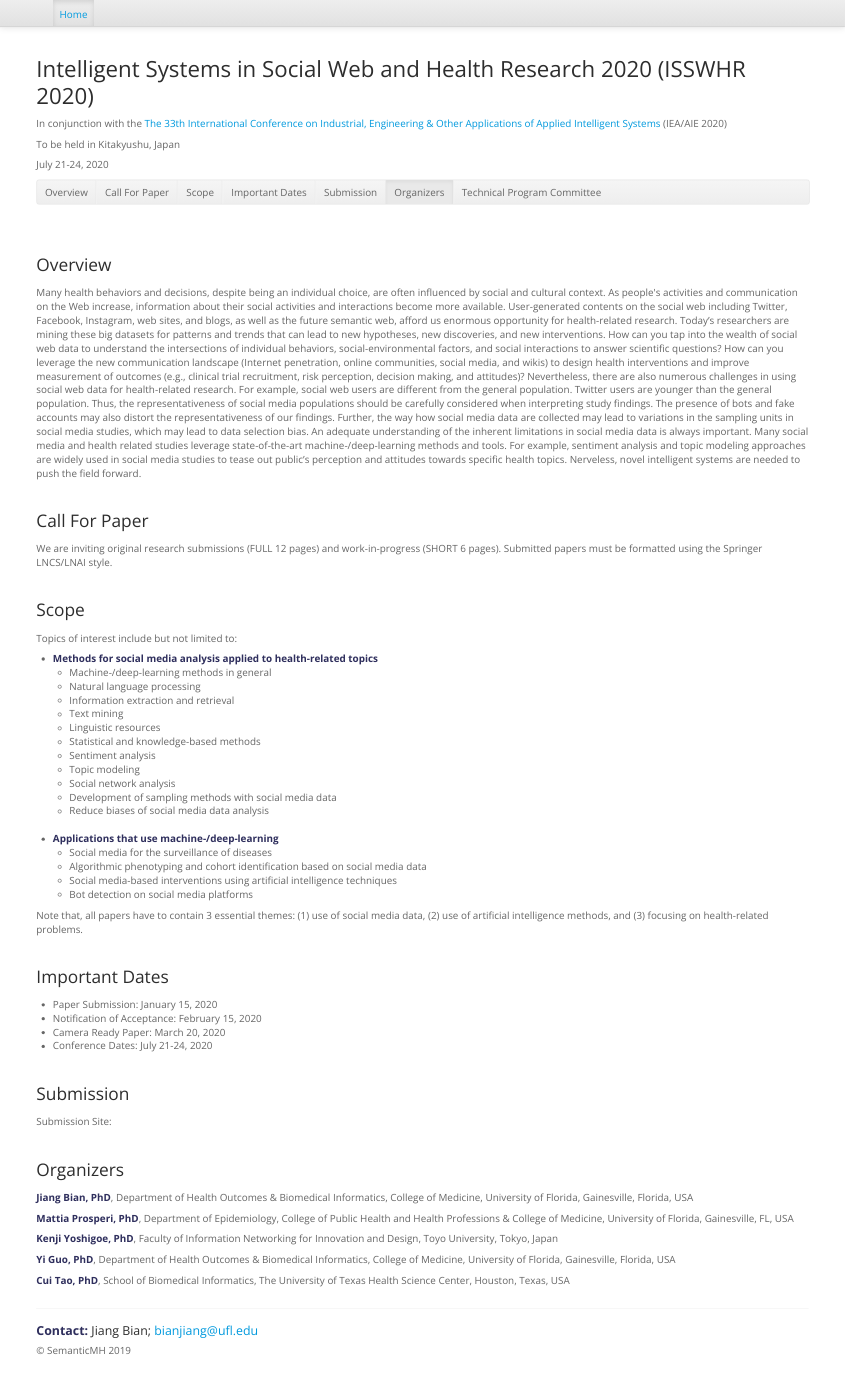
Repository: bianjiang/semantics-powered.org
Page: ISSWHR-2020/index.html
These files come from the project's save history. The page is drawn as it stood at one moment and after the next save; the edit follows.
The browser window is 1280 px wide. The pictures show the whole page, at 66% of full size.
Some web libraries are served in a nearby version.

Above is the page before, as saved 2019-10-26 17:28:15.
Console error (its wording comes from the project's code and is left out).

### ISSWHR-2020/index.html
<!DOCTYPE html>
<!--[if lt IE 7]>      <html class="no-js lt-ie9 lt-ie8 lt-ie7"> <![endif]-->
<!--[if IE 7]>         <html class="no-js lt-ie9 lt-ie8"> <![endif]-->
<!--[if IE 8]>         <html class="no-js lt-ie9"> <![endif]-->
<!--[if gt IE 8]><!-->
<html class="no-js">
<!--<![endif]-->

<head>
  <meta charset="utf-8">
  <meta http-equiv="X-UA-Compatible" content="IE=edge,chrome=1">
  <title></title>
  <meta name="description" content="">
  <meta name="viewport" content="width=device-width">

  <link rel="stylesheet" href="css/bootstrap.min.css">
  <style>
    body {
      padding-top: 60px;
      padding-bottom: 40px;
    }
  </style>
  <link rel="stylesheet" href="css/bootstrap-responsive.min.css">
  <link rel="stylesheet" href="css/main.css">

  <script src="js/vendor/modernizr-2.6.2-respond-1.1.0.min.js"></script>
</head>

<body class="preview" id="top" data-spy="scroll" data-target=".subnav" data-offset="80">
  <!--[if lt IE 7]>
            <p class="chromeframe">You are using an <strong>outdated</strong> browser. Please <a href="http://browsehappy.com/">upgrade your browser</a> or <a href="http://www.google.com/chromeframe/?redirect=true">activate Google Chrome Frame</a> to improve your experience.</p>
        <![endif]-->

  <!-- This code is taken from http://twitter.github.com/bootstrap/examples/hero.html -->

  <div class="navbar navbar-fixed-top">
    <div class="navbar-inner">
      <div class="container">

        <a class="btn btn-navbar" data-toggle="collapse" data-target=".nav-collapse">
                        <span class="icon-bar"></span>
                        <span class="icon-bar"></span>
                        <span class="icon-bar"></span>
                    </a>
        <a class="brand" href="#">&nbsp;</a>
        <div class="nav-collapse collapse">
          <ul class="nav">
            <li class="active"><a href="#">Home</a></li>
            <!--
                            <li><a href="#aboutxx">About</a></li>
                            <li><a href="#contact">Contact</a></li>
                            -->
          </ul>
        </div>

      </div>

    </div>
  </div>

  <div class="container">

    <!-- Main hero unit for a primary marketing message or call to action -->
    <!--
            <div class="hero-unit">
                <h1>Hello, world!</h1>
                <p>This is a template for a simple marketing or informational website. It includes a large callout called the hero unit and three supporting pieces of content. Use it as a starting point to create something more unique.</p>
                <p><a class="btn btn-primary btn-large">Learn more &raquo;</a></p>
            </div>
            -->
    <!-- Masthead
================================================== -->
    <header class="jumbotron subhead" id="overview">
      <div class="row">
        <div class="span12">
          <br/>
          <h2>Intelligent Systems in Social Web and Health Research 2020 (ISSWHR 2020)</h2>
          <p>In conjunction with the <a href="https://jsasaki3.wixsite.com/ieaaie2020" target="_blank">The 33th International Conference on Industrial, Engineering & Other Applications of Applied Intelligent Systems</a> (IEA/AIE 2020)</p>
          <p>To be held in Kitakyushu, Japan</p>
          <p>July 21-24, 2020</p>
        </div>
        <div class="span6">
          <!--
      <div class="bsa well">
          <div id="bsap_1277971" class="bsarocks bsap_c466df00a3cd5ee8568b5c4983b6bb19"></div>
      </div>
    -->
        </div>
      </div>
      <div class="subnav">
        <ul class="nav nav-pills">
          <!-- <li><a href="#history">History</a></li> -->
          <li><a href="#overview">Overview</a></li>
          <!-- <li><a href="#audience">Audience</a></li> -->
          <li><a href="#callforpaper">Call For Paper</a></li>
          <li><a href="#scope">Scope</a></li>
          <li><a href="#dates">Important Dates</a></li>
          <li><a href="#submissions">Submission</a></li>
          <!-- <li><a href="#rational">Rational</a></li>
          <li><a href="#workshopstructure">Workshop Structure</a></li> -->
          <!-- <li><a href="#publicity">Publicity</a></li> -->

          <li><a href="#organizers">Organizers</a></li>
          <li><a href="#techprogcom">Technical Program Committee</a></li>
        </ul>
      </div>
    </header>

    <!-- <section id="History">
      <div class="row">
        <div class="span12">
          <h3>History</h3>
          <p>The 1st International Workshop on the Semantics of Mental Health (SemanticMH 2018) was successfully organized and hosted in conjunction with the sixth IEEE International Conference on Healthcare Informatics (ICHI 2018) on June 7th, 2018 in New York City, NY, USA.  Overall, we received 7 high quality submissions and we accepted 6 of them.  The accepted papers were published in the IEEE ICHI 2018 workshop proceedings; and we invited the authors of these 6 accepted papers to submit an extended journal version to a special issue (“Special Issue: Semantics of Mental Health”) in the Health Informatics Journal (IF 3.021).
           All authors presented their work in ICHI 2018; and we have invited two keynote speakers (i.e., Drs. Jessie Tenenbaum and Piper Ranallo) from the Mental Health Informatics Working Group (WG) of the American Medical Informatics Association (AMIA) to present a report from the WG titled, “Mental Health Informatics and Knowledge Representation.”  Overall, SemanticsMH 2018 was highly successful and facilitated the exchange of scholar ideas from a group of interdisciplinary researches.
        </p>
        </div>
      </div>
    </section> -->

    <section id="overview">
      <div class="row">
        <div class="span12">
          <h3>Overview</h3>
          <p>Many health behaviors and decisions, despite being an individual choice, are often influenced by social and cultural context.  As people's activities and communication on the Web increase, information about their social activities and interactions become more available.  User-generated contents on the social web including Twitter, Facebook, Instagram, web sites, and blogs, as well as the future semantic web, afford us enormous opportunity for health-related research.  Today’s researchers are mining these big datasets for patterns and trends that can lead to new hypotheses, new discoveries, and new interventions.  How can you tap into the wealth of social web data to understand the intersections of individual behaviors, social-environmental factors, and social interactions to answer scientific questions?  How can you leverage the new communication landscape (Internet penetration, online communities, social media, and wikis) to design health interventions and improve measurement of outcomes (e.g., clinical trial recruitment, risk perception, decision making, and attitudes)?

            Nevertheless, there are also numerous challenges in using social web data for health-related research.  For example, social web users are different from the general population.  Twitter users are younger than the general population.  Thus, the representativeness of social media populations should be carefully considered when interpreting study findings.  The presence of bots and fake accounts may also distort the representativeness of our findings.  Further, the way how social media data are collected may lead to variations in the sampling units in social media studies, which may lead to data selection bias.  An adequate understanding of the inherent limitations in social media data is always important.

            Many social media and health related studies leverage state-of-the-art machine-/deep-learning methods and tools.  For example, sentiment analysis and topic modeling approaches are widely used in social media studies to tease out public’s perception and attitudes towards specific health topics.  Nerveless, novel intelligent systems are needed to push the field forward.
            </p>
        </div>
      </div>
    </section>

    <!-- <section id="audience">
      <div class="row">
        <div class="span12">
          <h3>Audience</h3>
          <p>The goal of this workshop is to bring experts in the field of natural language processing, knowledge representation, knowledge management, and health data analytics to discuss innovative analytical methods, applications, and tools to address problems in mental health.
        </p>
        </div>
      </div>
    </section> -->

    <section id="callforpaper">
      <div class="row">
        <div class="span12">
          <h3>Call For Paper</h3>
          <p>We are inviting original research submissions (FULL 12 pages) and work-in-progress (SHORT 6 pages).  Submitted papers must be formatted using the Springer LNCS/LNAI style.</p>
        </div>
      </div>
    </section>
    <section id="scope">
        <div class="row">
          <div class="span12">
            <h3>Scope</h3>
            <p>Topics of interest include but not limited to:</p>
            <ul>
              <li>
                <b>Methods for social media analysis applied to health-related topics</b>
                <ul>
                  <li>Machine-/deep-learning methods in general</li>
                  <li>Natural language processing</li>
                  <li>Information extraction and retrieval</li>
                  <li>Text mining</li>
                  <li>Linguistic resources</li>
                  <li>Statistical and knowledge-based methods</li>
                  <li>Sentiment analysis</li>
                  <li>Topic modeling</li>
                  <li>Social network analysis</li>
                  <li>Development of sampling methods with social media data</li>
                  <li>Reduce biases of social media data analysis</li>
                </ul>
              </li>
              <br>
              <li>
                <b>Applications that use machine-/deep-learning</b>
                <ul>
                  <li>Social media for the surveillance of diseases</li>
                  <li>Algorithmic phenotyping and cohort identification based on social media data</li>
                  <li>Social media-based interventions using artificial intelligence techniques</li>
                  <li>Bot detection on social media platforms</li>
                </ul>
              </li>
            </ul>
            <p>Note that, all papers have to contain 3 essential themes: (1) use of social media data, (2) use of artificial intelligence methods, and (3) focusing on health-related problems.</p>
          </div>
        </div>
      </section>

      <section id="dates">
          <div class="row">
            <div class="span12">
              <h3>Important Dates</h3>
              <ul>
                <li>Paper Submission: January 15, 2020</li>
                <li>Notification of Acceptance: February 15, 2020</li>
                <li>Camera Ready Paper: March 20, 2020</li>
                <li>Conference Dates: July 21-24, 2020</li>
              </ul>
            </div>
          </div>
        </section>

    <section id="submissions">
      <div class="row">
        <div class="span12">
          <h3>Submission</h3>
          <p>Submission Site:
            <!-- <a href="https://easychair.org/conferences?conf=semanticmh2019" target="_blank">https://easychair.org/conferences?conf=semanticmh2019</a> -->
          </p>
        </div>
      </div>
    </section>

    <!-- <section id="rational">
      <div class="row">
        <div class="span12">
          <h3>Rational</h3>
          <p>Our proposed workshop aims to provide an international platform for the researchers and scientists in the mental health communities to demonstrate research progresses, share ideas, address questions, and promote collaborations for better representation and analysis of mental health-related terminologies and clinical and research data.
        </p>
        </div>
      </div>
    </section> -->

    <!-- <section id="workshopstructure">
      <div class="row">
        <div class="span12">
          <h3>Workshop Structure</h3>
          <p>We propose a half-day SemanticMH workshop for this year. We will arrange 3 hours for paper presentations and 1 hour for extensive discussions. Different sessions will be arranged based on the topics of presentations. Depending on the number of papers accepted for presentation, each paper presentation will be restricted to 10-25 minutes for a full-length paper, and 5-15 minutes for a short-length paper. All the papers will be submitted and handled through EasyChair and go through peer reviews by at least two reviewers. After the full papers are accepted, we will work with the Health Informatics editors and reviewers to decide which papers will be formally invited for extension to be included in a thematic series in the Health Informatics journal.
        </p>
        </div>
      </div>
    </section>


    <section id="publicity">
      <div class="row">
        <div class="span12">
          <h3>Publicity</h3>
          <p>Various methods will be used for advertisement, including: (i) posting in email mailing lists and through private emails; (ii) creating a workshop discussion email list address and using it for sharing news and posting, (iii) posting in influential websites, (iv) phone calls to colleagues and friends who may be interested, (v) generating a workshop website dedicated to this event, and inviting potential attendees to visit, and (vi) generating a social networking website in LinkedIn to attract public attention, participation, and discussion. The main difference between the workshop website and the LinkedIn website will be that the workshop website is dedicated for posting the workshop information, and the LinkedIn website is used for social networking.
        </p>
        </div>
      </div>
    </section> -->



    <section id="organizers">
      <div class="row">
        <div class="span12">
          <h3>Organizers</h3>
          <p><b>Jiang Bian, PhD</b>, Department of Health Outcomes & Biomedical Informatics, College of Medicine, University of Florida, Gainesville, Florida, USA</p>
          <p><b>Mattia Prosperi, PhD</b>, Department of Epidemiology, College of Public Health and Health Professions & College of Medicine, University of Florida, Gainesville, FL, USA</p>
          <p><b>Kenji Yoshigoe, PhD</b>, Faculty of Information Networking for Innovation and Design, Toyo University, Tokyo, Japan</p></p>
          <p><b>Yi Guo, PhD</b>, Department of Health Outcomes & Biomedical Informatics, College of Medicine, University of Florida, Gainesville, Florida, USA</p></p>
          <p><b>Cui Tao, PhD</b>, School of Biomedical Informatics, The University of Texas Health Science Center, Houston, Texas, USA</p>
        </div>
      </div>
    </section>

    <!-- <section id="techprogcom">
      <div class="row">
        <div class="span12">
          <h3>Technical Program Committee</h3>
          <p>Comming Soon...</p>
        </div>
      </div>
    </section> -->
    <hr>
    <h4><b>Contact:</b> Jiang Bian; <a href="mailto:bianjiang@ufl.edu">bianjiang@ufl.edu</a></h4>
    <footer>
      <p>&copy; SemanticMH 2019</p>
    </footer>

  </div>
  <!-- /container -->

  <script src="//ajax.googleapis.com/ajax/libs/jquery/1.9.1/jquery.min.js"></script>
  <script>
    window.jQuery || document.write('<script src="js/vendor/jquery-1.9.1.min.js"><\/script>')
  </script>

  <script src="js/vendor/bootstrap.min.js"></script>

  <script src="js/plugins.js"></script>
  <script src="js/main.js"></script>
  <script>
      (function (i, s, o, g, r, a, m) {
i['GoogleAnalyticsObject'] = r; i[r] = i[r] || function () {
        (i[r].q = i[r].q || []).push(arguments)
      }, i[r].l = 1 * new Date(); a = s.createElement(o),
        m = s.getElementsByTagName(o)[0]; a.async = 1; a.src = g; m.parentNode.insertBefore(a, m)
      })(window, document, 'script', 'https://www.google-analytics.com/analytics.js', 'ga');

    ga('create', 'UA-50982144-4', 'auto');
    ga('send', 'pageview');
  </script>
</body>

</html>

Loaded but not shown: ISSWHR-2020/css/bootstrap.min.css (library); ISSWHR-2020/css/bootstrap-responsive.min.css (library); ISSWHR-2020/js/vendor/modernizr-2.6.2-respond-1.1.0.min.js (library); ISSWHR-2020/js/vendor/bootstrap.min.js (library); ISSWHR-2020/js/main.js (95 lines, source omitted); ISSWHR-2020/js/plugins.js (24 lines, source omitted); ISSWHR-2020/css/main.css (463 lines, source omitted)

After the next save:
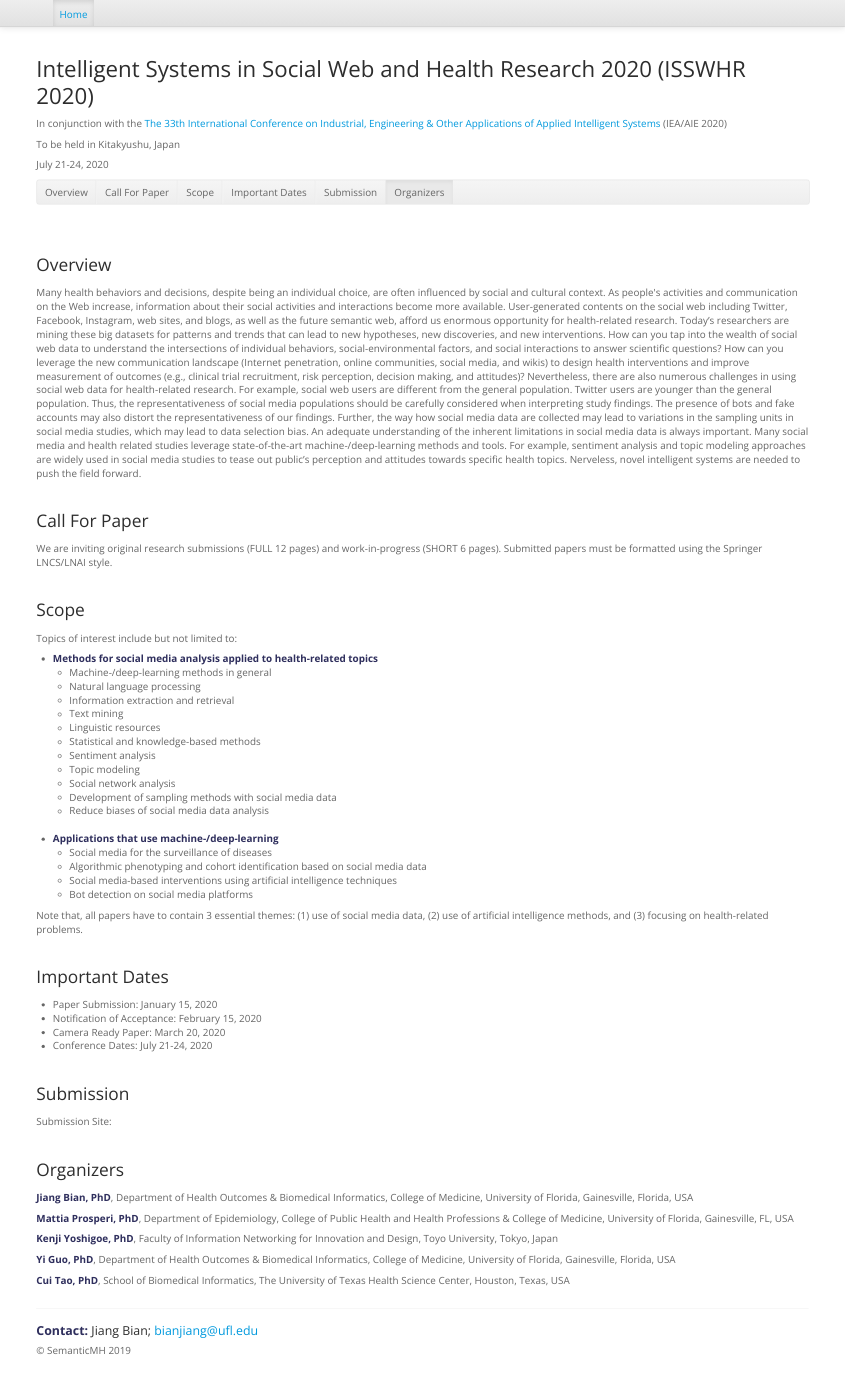
Saved 11 s later.
--- a/ISSWHR-2020/index.html
+++ b/ISSWHR-2020/index.html
@@ -101,7 +101,7 @@
           <!-- <li><a href="#publicity">Publicity</a></li> -->
 
           <li><a href="#organizers">Organizers</a></li>
-          <li><a href="#techprogcom">Technical Program Committee</a></li>
+          <!-- <li><a href="#techprogcom">Technical Program Committee</a></li> -->
         </ul>
       </div>
     </header>
